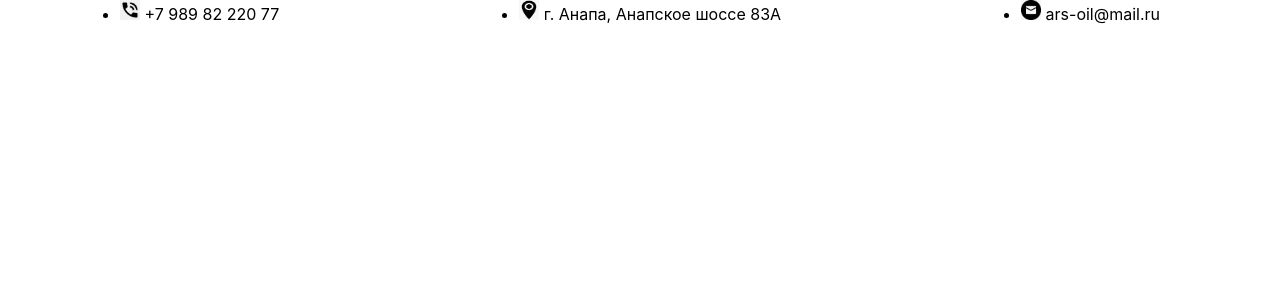
Repository: Vahe4836/new-project--Vahe
Page: /
An editor plug-in stored every save of this project. The page is shown before and after a run of saves, followed by the edit.
The browser window is 1280 px wide. The pictures show the whole page.
The project was rebuilt for these pictures with package versions that can differ from the ones it lists, and the page was loaded fresh each time.

Above is the page before, as saved 2022-02-25 14:08:50.

After the next 3 saves:
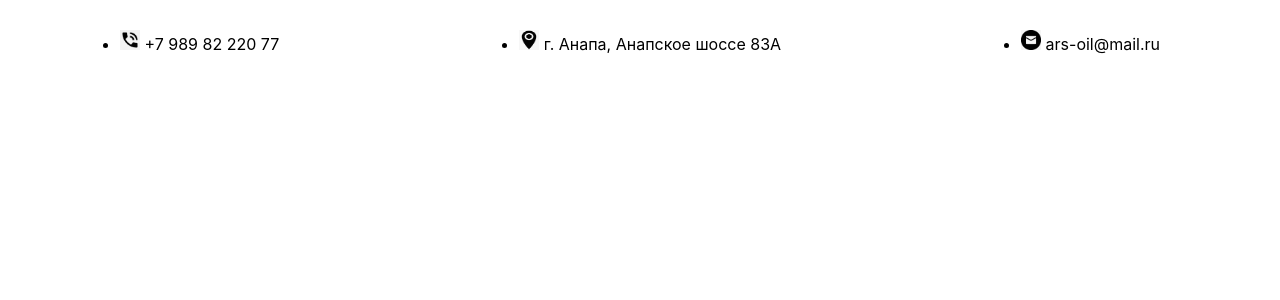
The 3 saves are shown as one change because they came seconds apart.
The last was saved 28 s later.
--- a/src/Layouts/Header/Header.module.scss
+++ b/src/Layouts/Header/Header.module.scss
@@ -6,6 +6,6 @@
     >ul{
         display: flex;
         justify-content: space-around;
-        align-items: center;
+        margin-top: 30px;
     }
 }
